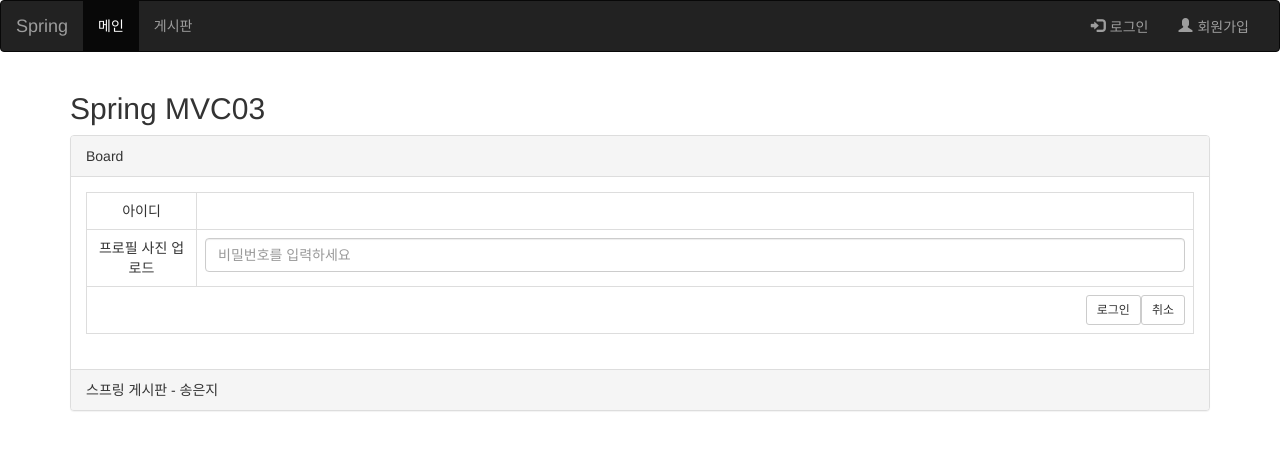
Repository: rlo-g/Spring
Page: http://localhost/SpringMVC03/WEB-INF/views/member/imageForm.jsp
The author's editor kept a copy of each file at every save. The page is drawn from the files as they stood at one save, then again after the next save.
The browser window is 1280 px wide. The pictures show the whole page.
The page is served by Tomcat 9. Nobody is signed in. Other server files are loaded and not shown. The template is opened directly, without the code that normally fills it, so the values that code supplies are empty.

Above is the page before, as saved 2023-09-20 00:16:06.

### SpringMVC03/src/main/webapp/WEB-INF/views/member/imageForm.jsp
<%@ page language="java" contentType="text/html; charset=UTF-8"
    pageEncoding="UTF-8"%>

 <!-- jstl 가져오기 -->
<%@ taglib prefix="c" uri="http://java.sun.com/jsp/jstl/core" %>
<!-- 여러 기능이 있는 함수 가져오기 -->
<%@ taglib prefix="fn" uri="http://java.sun.com/jsp/jstl/functions" %>
<!-- contextPath 저장 -->
<c:set var="contextPath" value="${pageContext.request.contextPath }"/>

<!DOCTYPE html>
<html>
<head>
<meta charset="UTF-8">
<title>Insert title here</title>

<!-- 부트스트랩 받아온 것 -->
<link rel="stylesheet" href="https://maxcdn.bootstrapcdn.com/bootstrap/3.4.1/css/bootstrap.min.css">
<script src="https://ajax.googleapis.com/ajax/libs/jquery/3.6.4/jquery.min.js"></script>
<script src="https://maxcdn.bootstrapcdn.com/bootstrap/3.4.1/js/bootstrap.min.js"></script>

</head>
<body>
	<!-- controller와 resolver를 거쳐 jsp 파일로 오게됨 -->

	<jsp:include page="../common/header.jsp"></jsp:include>
	<div class="container">
 	 	<h2>Spring MVC03</h2>
  		<div class="panel panel-default">
    		<div class="panel-heading">Board</div>
    		<div class="panel-body">

    		<form action="${contextPath}/login.do" method="post">

    			<table class="table table-bordered" style="text-align:center; border:1px solid #dddddd">
    				<tr>
    					<td style="width:110px; vertical-align:middle;">아이디</td>
    					<!-- 로그인한 회원의 아이디 출력하기 -->
    					<td>${mvo.memId}</td>

    				</tr>

    				<tr>
    					<td style="width:110px; vertical-align:middle;">프로필 사진 업로드</td>
    					<td colspan="2"><input required="required" type="password" name="memPw" id="memPw" class = "form-control" maxlength="20" placeholder="비밀번호를 입력하세요"></td>
    				</tr>


					<tr>
						<td colspan="2" style="position: relative;">

							<input type="submit" class ="btn btn-default btn-sm pull-right" value="취소">
							<input type="submit" class ="btn btn-default btn-sm pull-right" value="로그인">
						</td>
					</tr>

    			</table>
    		</form>
    		</div>
    		<div class="panel-footer">스프링 게시판 - 송은지</div>
  		</div>
	</div>



  	<!-- Modal (idCheck) -->
	  <div class="modal fade" id="myModal" role="dialog">
	    <div class="modal-dialog modal-sm">

	      <div class="modal-content" id="checkType">
	        <div class="modal-header panel-heading">
	          <button type="button" class="close" data-dismiss="modal">&times;</button>
	          <h4 class="modal-title">메세지 확인</h4>
	        </div>
	        <div class="modal-body">
	          <p id="checkMessage"></p>
	        </div>
	        <div class="modal-footer">
	          <button type="button" class="btn btn-default" data-dismiss="modal">Close</button>
	        </div>
	      </div>
	    </div>
	  </div>

  	<!-- Modal (join error)-->
	  <div class="modal fade" id="myMessage" role="dialog">
	    <div class="modal-dialog modal-sm">

	      <div class="modal-content" id="messageType">
	        <div class="modal-header panel-heading">
	          <button type="button" class="close" data-dismiss="modal">&times;</button>
	          <!--  memberController에서 회원가입 실패시 msgType과 msg를 보냄  -->
	          <h4 class="modal-title">${msgType}</h4>
	        </div>
	        <div class="modal-body">
	          <p id="">${msg}</p>
	        </div>
	        <div class="modal-footer">
	          <button type="button" class="btn btn-default" data-dismiss="modal">Close</button>
	        </div>
	      </div>
	    </div>
	  </div>




	<script type="text/javascript">
		$(document).ready(function(){
			// .ready - 페이지가 다 로딩될 때까지 기다렸다가 안에 있는 기능을 실행하겠다

			if(${not empty msgType}){
				// msgType이 비어있지 않을 경우 (회원가입 실패) - el식
				if(${msgType eq "실패 메세지"}) {
					// msgType이 "실패 메세지"일 경우
					$("#messageType").attr("class", "modal-content panel-warning");
				}
				$("#myMessage").modal("show");
			}
		});




	</script>



</body>
</html>

### SpringMVC03/src/main/webapp/WEB-INF/views/common/header.jsp
<%@ page language="java" contentType="text/html; charset=UTF-8"
    pageEncoding="UTF-8"%>

<!-- jstl 가져오기 -->
<%@ taglib prefix="c" uri="http://java.sun.com/jsp/jstl/core" %>
<!-- 여러 기능이 있는 함수 가져오기 -->
<%@ taglib prefix="fn" uri="http://java.sun.com/jsp/jstl/functions" %>

<!-- Context-Path 값을 내장객체 변수로 저장 -->
<!-- controller라는 context-path를 저장하고 있는 내장객체 : pageContext.request.contextPath -->
<c:set var="contextPath" value="${pageContext.request.contextPath }" />

<!DOCTYPE html>
<html>
<head>
<meta charset="UTF-8">
<title>Insert title here</title>
</head>
<body>
 <!-- 여러 페이지들에 공통적으로 들어가는 것(ex. 메뉴바)을 모아둔 파일 : common -->

 	<!-- 메뉴바 -->
	<nav class="navbar navbar-inverse">
	  <div class="container-fluid">
	    <div class="navbar-header">
	      <button type="button" class="navbar-toggle" data-toggle="collapse" data-target="#myNavbar">
	        <span class="icon-bar"></span>
	        <span class="icon-bar"></span>
	        <span class="icon-bar"></span>
	      </button>
	      <a class="navbar-brand" href="${contextPath}/">Spring</a>
	    </div>
	    <div class="collapse navbar-collapse" id="myNavbar">
	      <ul class="nav navbar-nav">
	      <!-- href(url) 작성 시, "/"를 생략하는 순간 앞에 "/controller/"(contextPath)가 생략되어 있는 것과 같음 -->
	      <!--
	      	   < href="/" 사용하고 싶을 때...>
	     		1. "/controller/"
	      		2. 내장객체 변수로 저장한 Context-Path 값을 불러옴 ${contextPath}

	           < contextPath 값을 아는 방법 >
	      		1. package 세번째 이름 /
	      		2. Servers 파일 - server.xml 파일에 path로 저장되어 있음   -->
	        <li class="active"><a href="${contextPath}/">메인</a></li>

	        <li><a href="boardMain.do">게시판</a></li>
	      </ul>



	      <!-- 로그인/회원가입 안 했을 시 나타날 메뉴바 -->
	      <c:if test="${empty mvo}">
			  <ul class="nav navbar-nav navbar-right">
		           <li><a href="${contextPath}/loginForm.do"><span class="glyphicon glyphicon-log-in"><span style="margin-left: 5px;">로그인</span></span></a></li>
		           <li><a href="${contextPath}/joinForm.do"><sapn class="glyphicon glyphicon-user"><span style="margin-left: 5px;">회원가입</span></sapn></a></li>
		      </ul>
	      </c:if>

	      <!-- 로그인/회원가입 했을 시 나타날 메뉴바 -->
	      <c:if test="${not empty mvo}">
			  <ul class="nav navbar-nav navbar-right">
		            <li><a href="${contextPath}/updateForm.do"><span class="glyphicon glyphicon-pencil">회원정보수정</span></a></li>
		            <li><a href="${contextPath}/imageForm.do"><span class="glyphicon glyphicon-upload">프로필사진등록</span></a></li>
		            <li><a href="${contextPath}/logout.do"><span class="glyphicon glyphicon-log-out">로그아웃</span></a></li>
		      </ul>
	      </c:if>


	    </div>
	  </div>
	</nav>


</body>
</html>

After the next save:
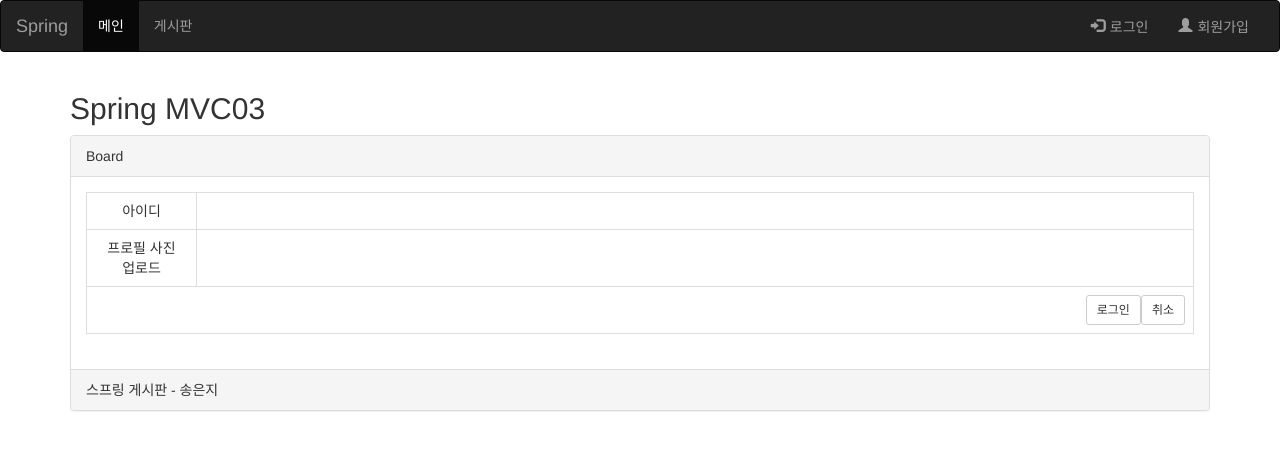
Saved 37 s later.
--- a/SpringMVC03/src/main/webapp/WEB-INF/views/member/imageForm.jsp
+++ b/SpringMVC03/src/main/webapp/WEB-INF/views/member/imageForm.jsp
@@ -41,8 +41,10 @@
     				</tr>
 
     				<tr>
-    					<td style="width:110px; vertical-align:middle;">프로필 사진 업로드</td>
-    					<td colspan="2"><input required="required" type="password" name="memPw" id="memPw" class = "form-control" maxlength="20" placeholder="비밀번호를 입력하세요"></td>
+    					<td style="width:110px; vertical-align:middle;">프로필 사진<br>업로드</td>
+    					<td colspan="2">
+
+    					</td>
     				</tr>
 
 
